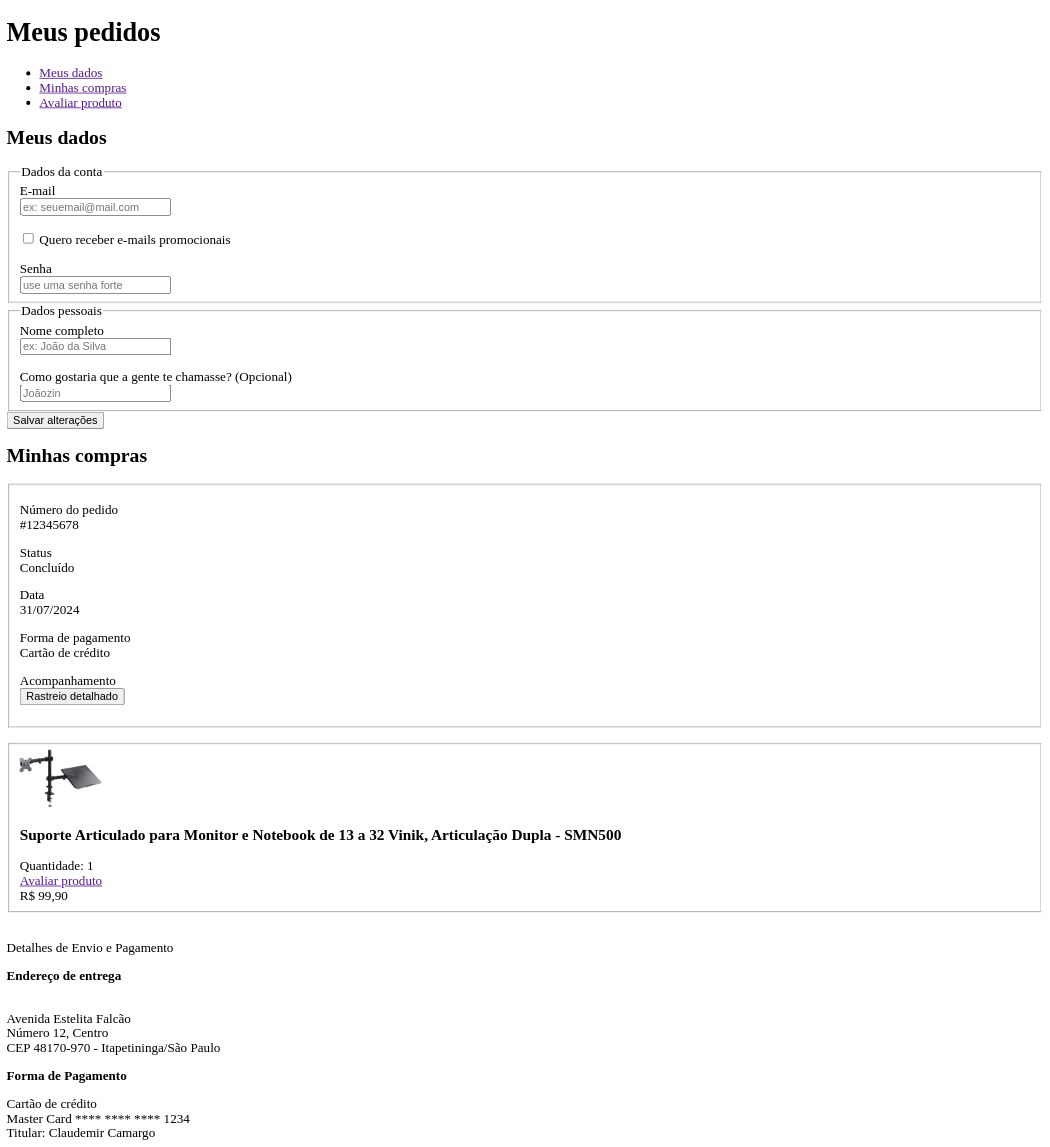
Repository: claudemir-camargo/site-compras
Page: index.html
These files come from the project's save history. The page is drawn as it stood at one moment and after the next save; the edit follows.
The browser window is 1280 px wide. The pictures show the whole page, at 82% of full size.

Above is the page before, as saved 2024-03-03 22:28:19.

After the next save:
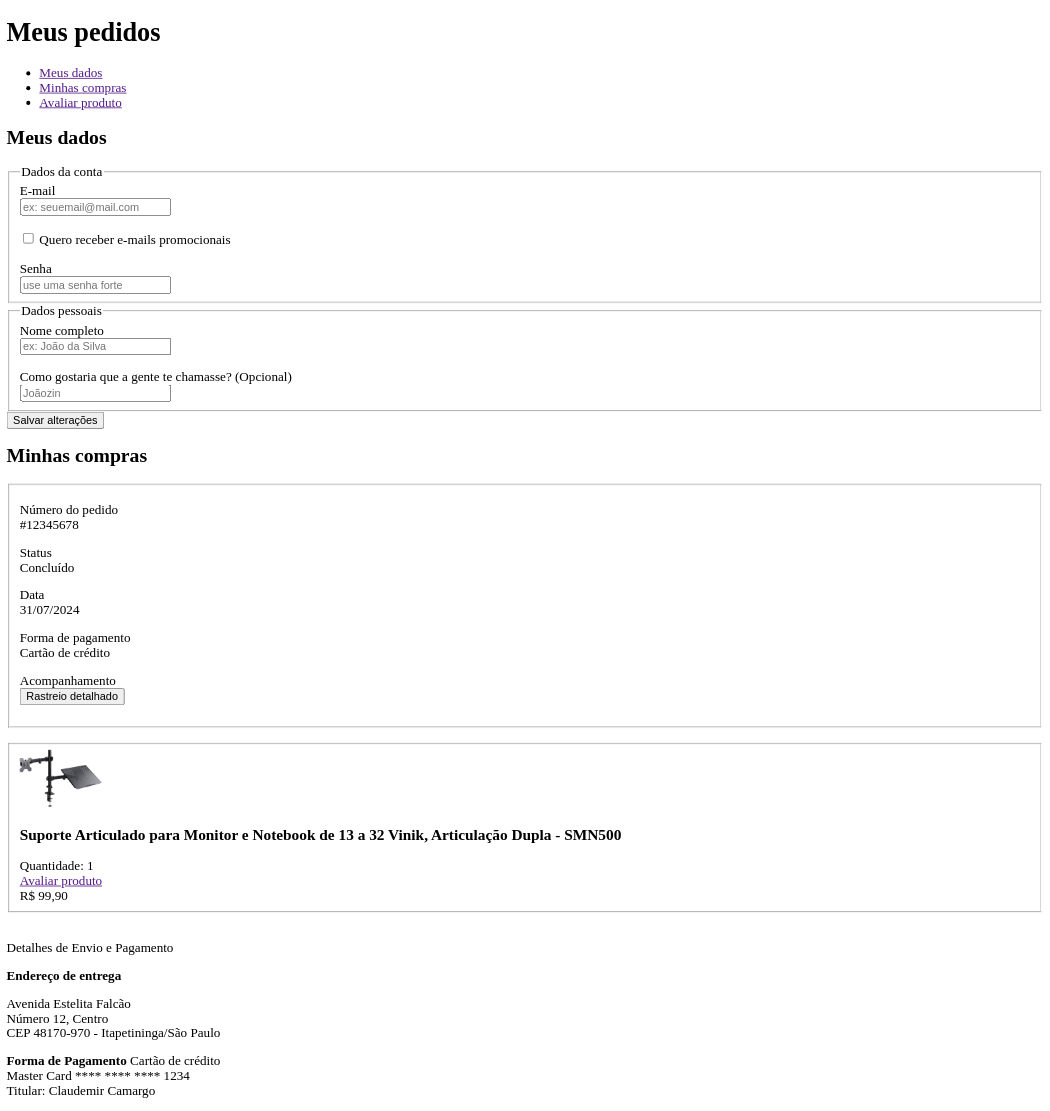
Saved 22 s later.
--- a/index.html
+++ b/index.html
@@ -61,12 +61,12 @@
     </fieldset>
     <br>
     <p>Detalhes de Envio e Pagamento</p>
-    <p><strong>Endereço de entrega</strong></p><br>
+    <p><strong>Endereço de entrega</strong></p>
     Avenida Estelita Falcão<br>
     Número 12, Centro<br>
     CEP 48170-970 - Itapetininga/São Paulo
     <br>
-    <p><strong>Forma de Pagamento</strong></p>
+    <p><strong>Forma de Pagamento</strong>
     Cartão de crédito<br>
     Master Card **** **** **** 1234<br>
     Titular:  Claudemir Camargo <br>
